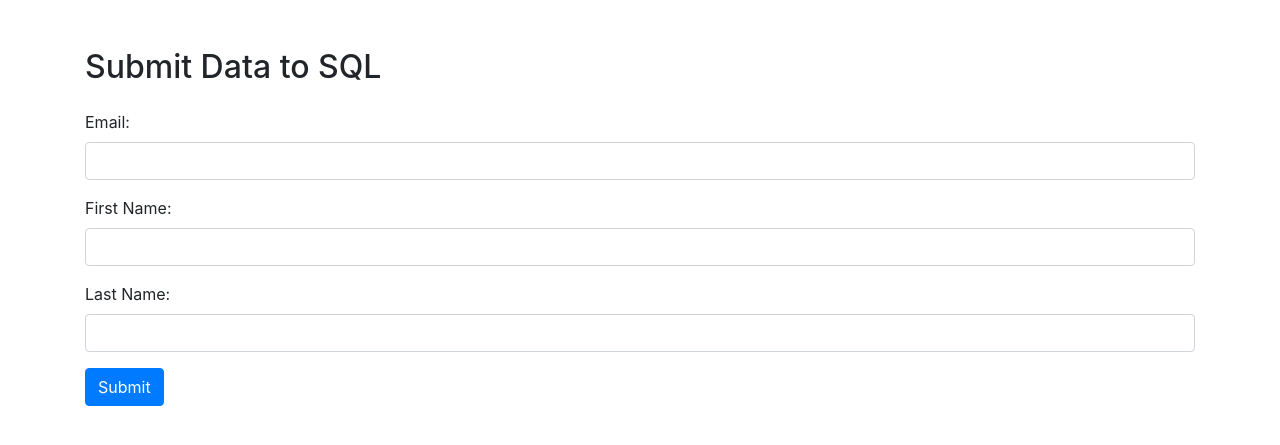
Repository: aayaaaaaaa/JciTriningg
Page: http://localhost/
An editor plug-in stored every save of this project. The page is shown before and after the next save, followed by the edit.
The browser window is 1280 px wide. The pictures show the whole page.
The page is run by PHP 8.4 with error messages shown; the project is at /var/www/html/.

Above is the page before, as saved 2023-08-16 20:11:48.

After the next save:
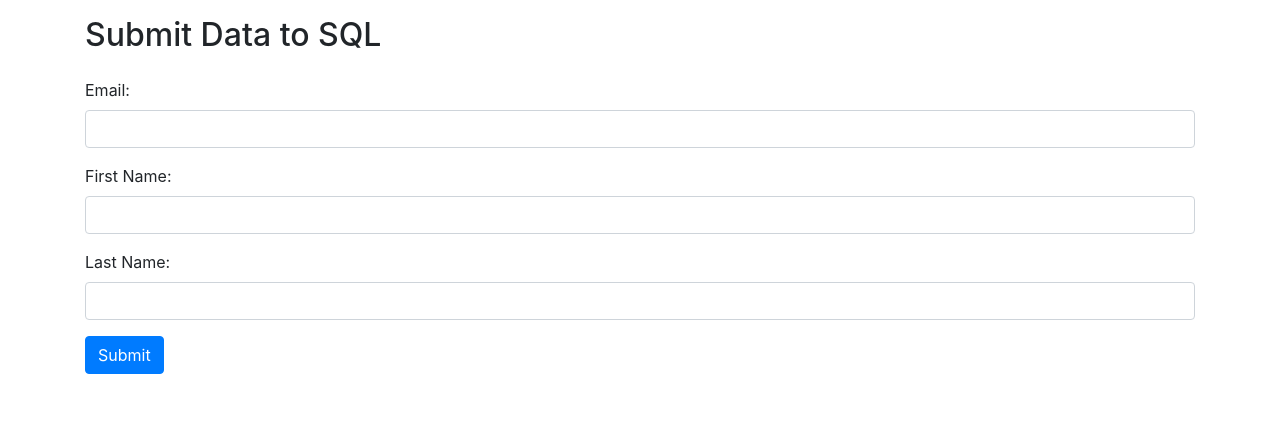
Saved 30 s later.
--- a/index.php
+++ b/index.php
@@ -6,7 +6,7 @@
     <link rel="stylesheet" href="https://maxcdn.bootstrapcdn.com/bootstrap/4.5.2/css/bootstrap.min.css">
 </head>
 <body>
-    <div class="container mt-5">
+    <div class="container mt-3">
         <h2 class="mb-4">Submit Data to SQL</h2>
         <form action="submit.php" method="post">
             <div class="form-group">
